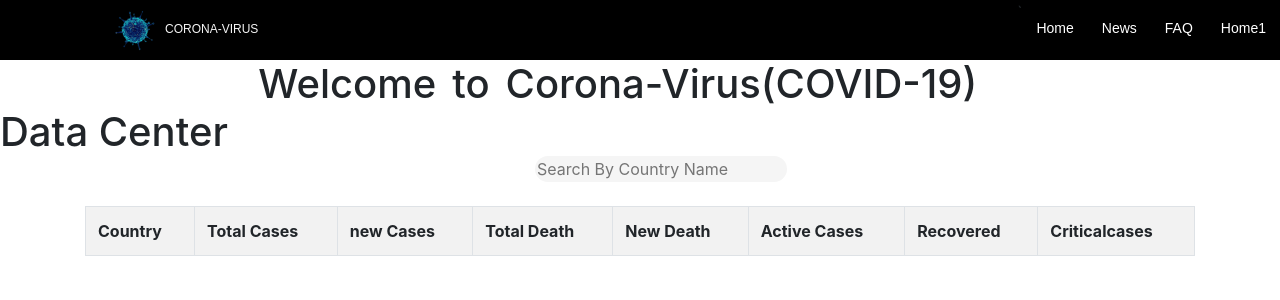
Repository: xthashankar/COVID-19-data-
Page: index.html
These files come from the project's save history. The page is drawn as it stood at one moment and after the next save; the edit follows.
The browser window is 1280 px wide. The pictures show the whole page.
The page's requests for data from a server got no answer.

Above is the page before, as saved 2020-04-16 12:18:33.

After the next save:
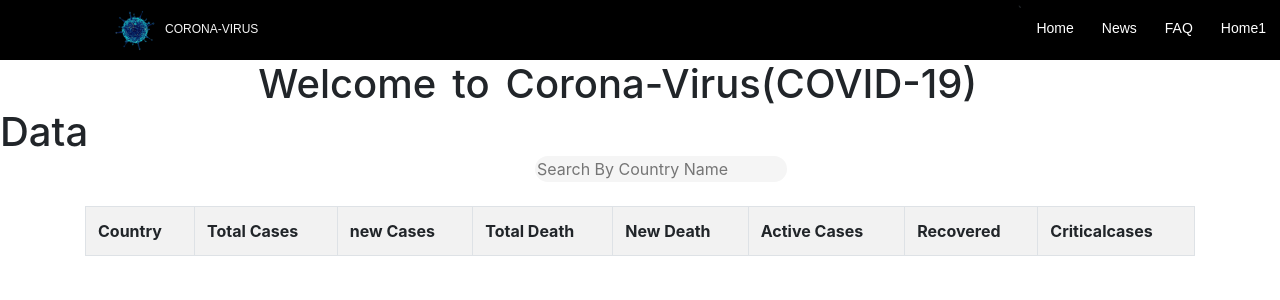
Saved 27 s later.
--- a/index.html
+++ b/index.html
@@ -33,7 +33,7 @@
     </nav>
 
 
-    <h1>Welcome to Corona-Virus(COVID-19) Data Center</h1>
+    <h1>Welcome to Corona-Virus(COVID-19) Data </h1>
     <input type="text" name="filter" id="search" placeholder="Search By Country Name" onkeyup="search()">
     <div class="container">
 
